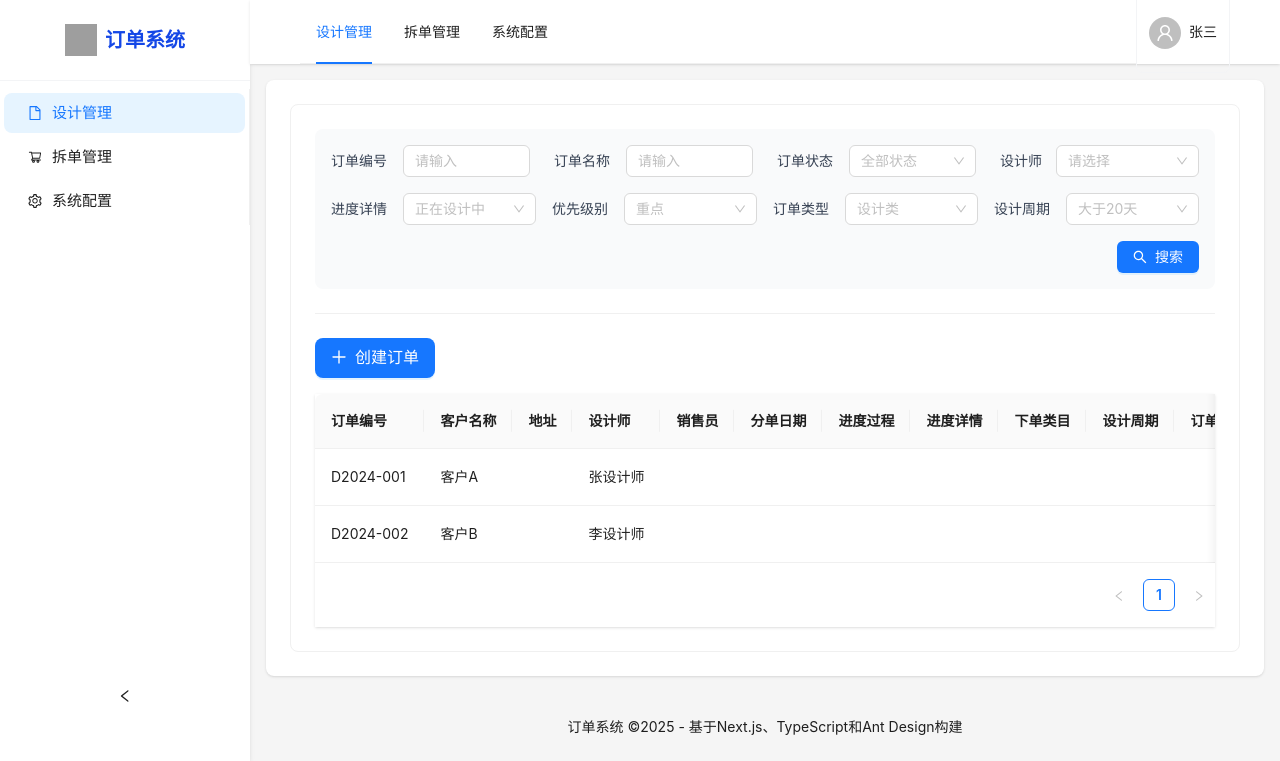
Repository: Garyxiwang/order_system
Page: /design (app in front/)
An editor plug-in stored every save of this project. The page is shown before and after a run of saves, followed by the edit.
The browser window is 1280 px wide. The pictures show the whole page.
Pictures or frames that could not be fetched are drawn as grey boxes. The project was rebuilt for these pictures with package versions that can differ from the ones it lists, and the page was loaded fresh each time. The framework's server and built-in components were replaced by stand-ins that run in the browser. Also part of the build but not shown: front/next.config.js, front/next.config.ts.

Above is the page before, as saved 2025-08-04 15:01:18.

After the next 2 saves:
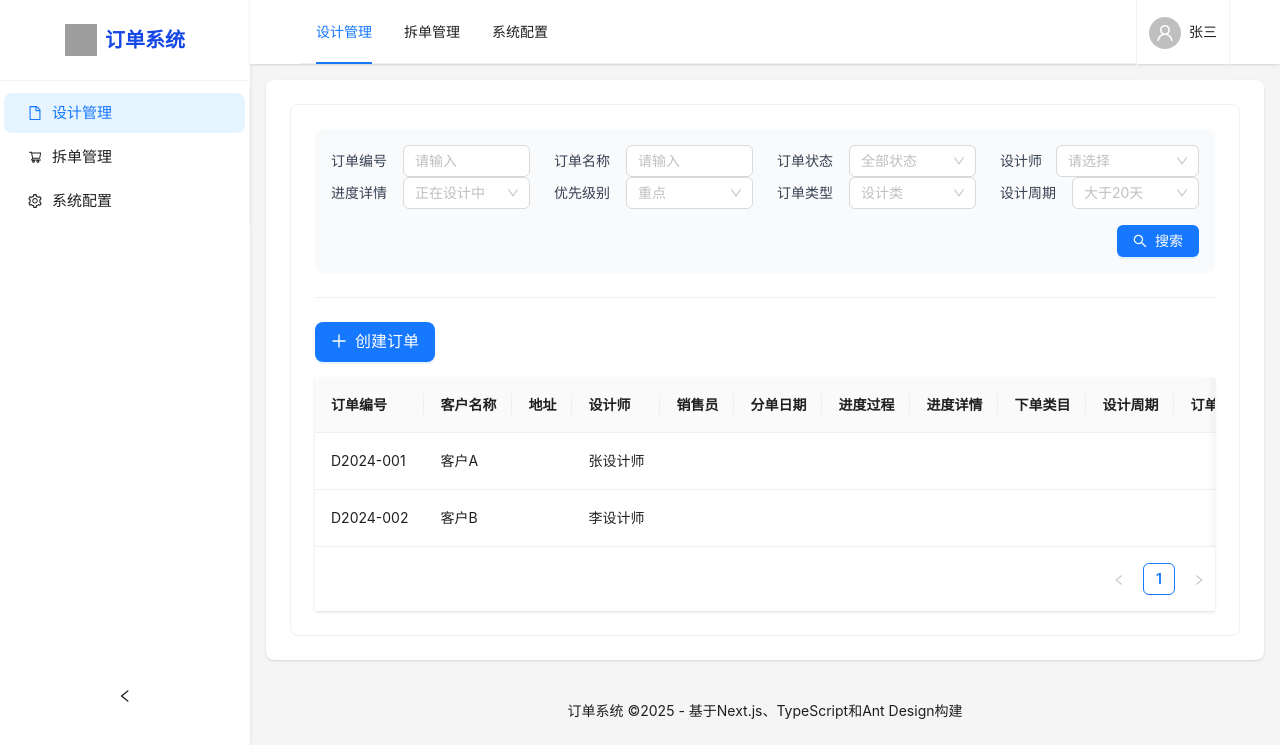
The 2 saves are shown as one change because they came seconds apart.
The last was saved 49 s later.
--- a/front/src/app/design/page.tsx
+++ b/front/src/app/design/page.tsx
@@ -192,8 +192,6 @@ const DesignPage: React.FC = () => {
                 </Select>
               </div>
             </Col>
-          </Row>
-          <Row gutter={[16, 16]} className="mt-4">
             <Col span={6}>
               <div className="flex items-center gap-2">
                 <label className="whitespace-nowrap text-sm font-medium text-gray-700 min-w-16">
@@ -259,6 +257,7 @@ const DesignPage: React.FC = () => {
               </div>
             </Col>
           </Row>
+
           <Row className="mt-4">
             <Col span={24} className="text-right">
               <Space>
